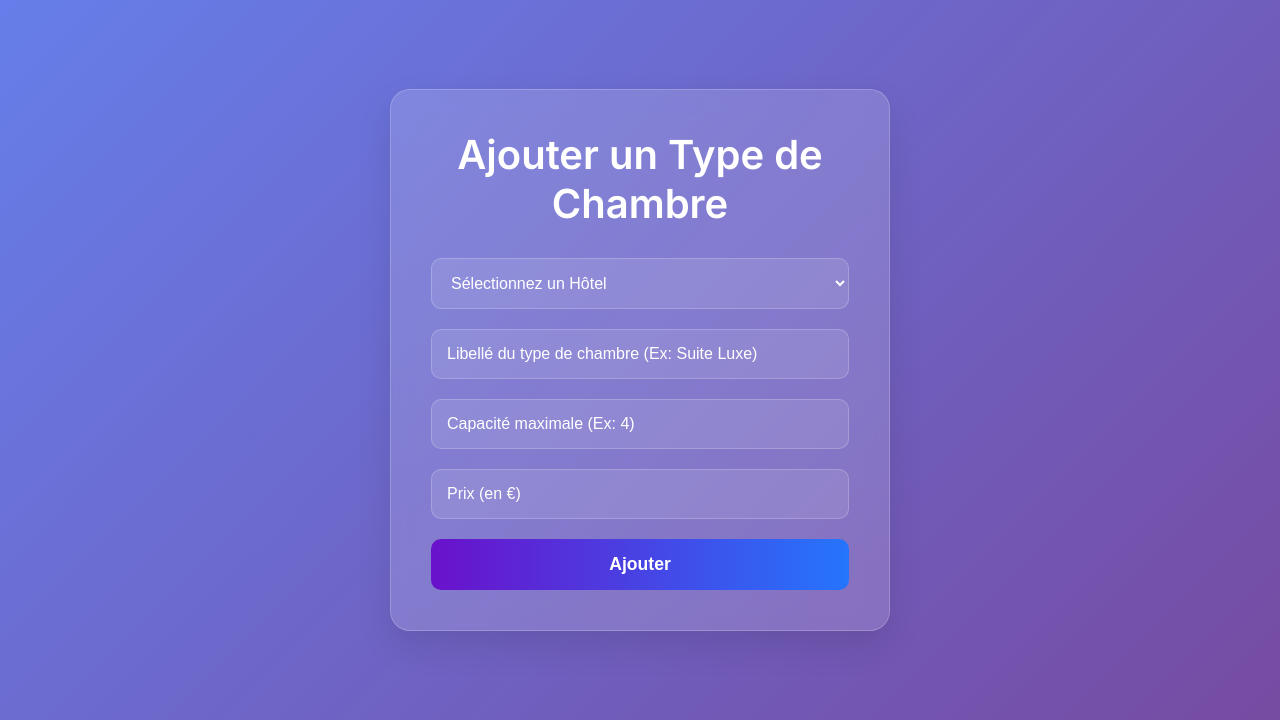
Repository: ToumiFourat/HotelManagementt
Page: http://localhost/Hotell/AddRoomTypeServlet
The author's editor kept a copy of each file at every save. The page is drawn from the files as they stood at one save, then again after the next save.
The browser window is 1280 px wide. The pictures show the whole page.
The page is served by Tomcat 10. Queries for data that is not in the repository find no rows.

Above is the page before, as saved 2024-12-17 21:07:34.

After the next save:
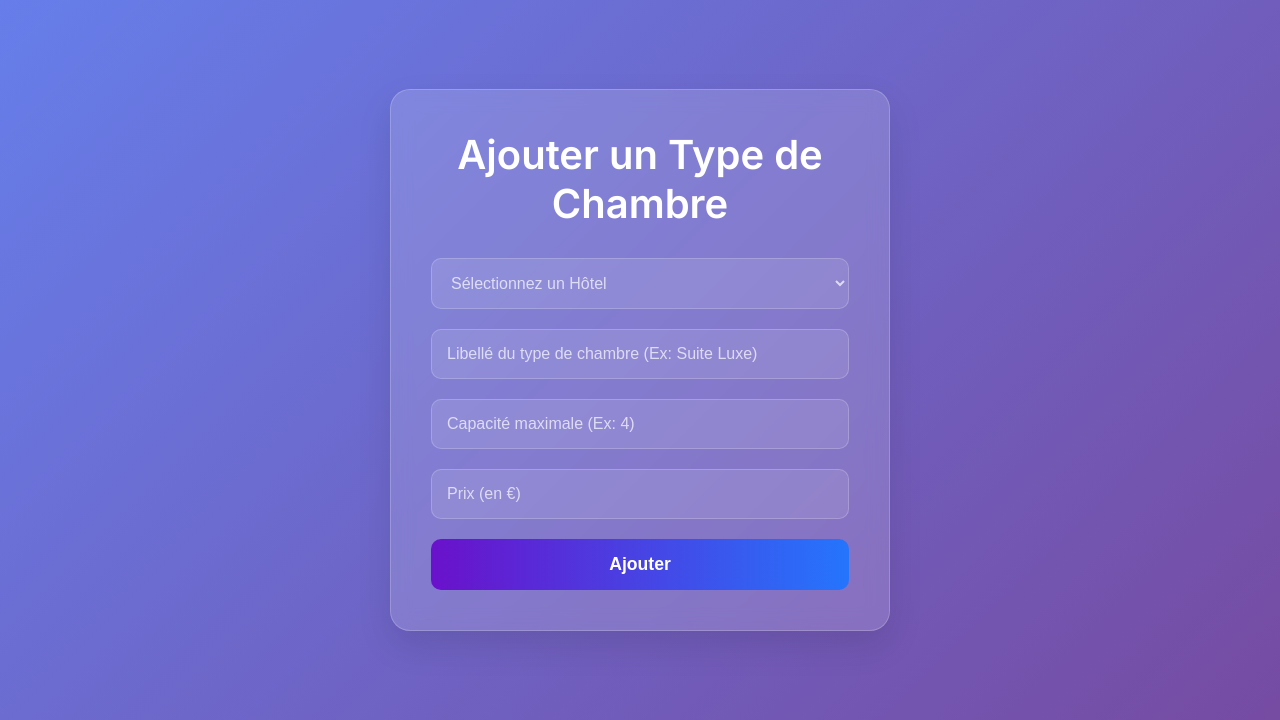
Saved 10 s later.
--- a/Hotell/src/main/webapp/views/addRoomType.jsp
+++ b/Hotell/src/main/webapp/views/addRoomType.jsp
@@ -73,7 +73,7 @@
         }
 
         .form-input::placeholder, .form-select {
-            color: var(--text-primary);
+            color: var(--text-secondary);
         }
 
         .form-button {
